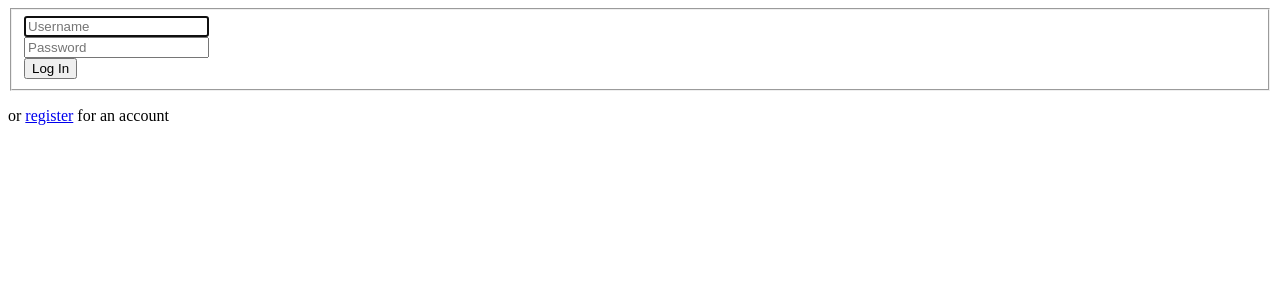
Repository: scknkrbg/cs50
Page: http://localhost/pset7/pset7/views/sell_form.php
The author's editor kept a record of every edit. The page is drawn from the files as they stood at one moment, then again after the next edit.
The browser window is 1280 px wide. The pictures show the whole page.
The page is run by PHP 8.4 with error messages shown; the project is at /var/www/html/.

Above is the page before.

After the next edit:
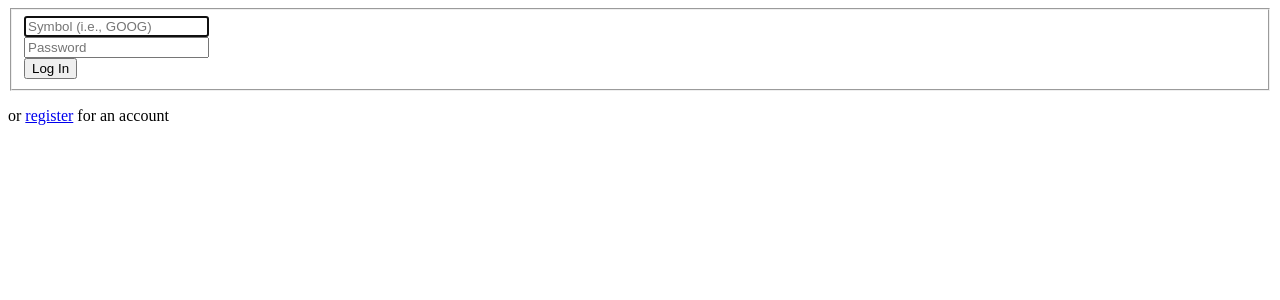
The edit:
--- a/pset7/pset7/views/sell_form.php
+++ b/pset7/pset7/views/sell_form.php
@@ -1,7 +1,7 @@
 <form action="sell.php" method="post">
     <fieldset>
         <div class="form-group">
-            <input autocomplete="off" autofocus class="form-control" name="username" placeholder="Username" type="text"/>
+            <input autocomplete="on" autofocus class="form-control" name="symbol" placeholder="Symbol (i.e., GOOG)" type="text"/>
         </div>
         <div class="form-group">
             <input class="form-control" name="password" placeholder="Password" type="password"/>
